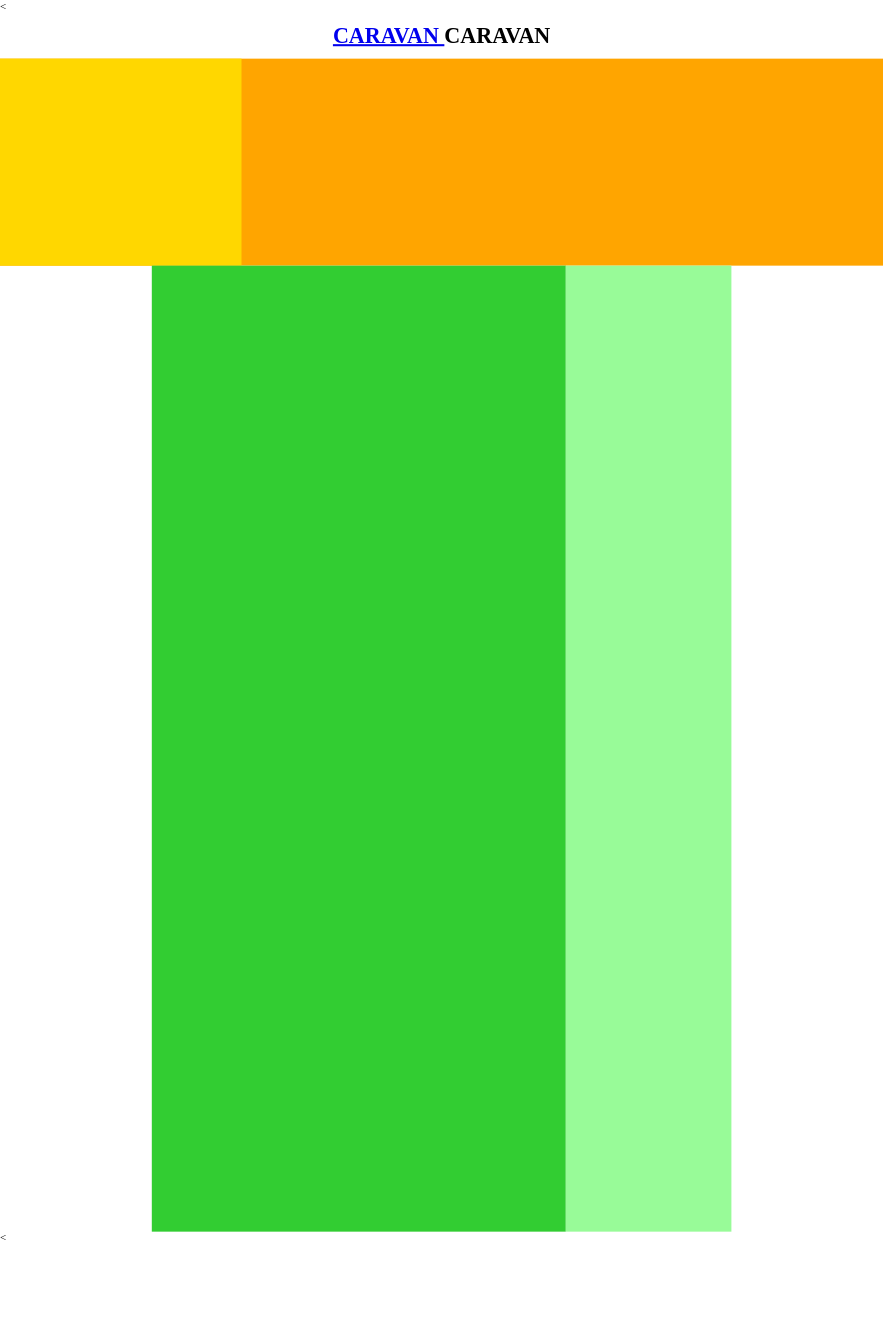
Repository: YabuYoshi/Bookers1
Page: carvan/index.html
The author's editor kept a record of every edit. The page is drawn from the files as they stood at one moment, then again after the next edit.
The browser window is 1280 px wide. The pictures show the whole page, at 69% of full size.

Above is the page before.

After the next edit:
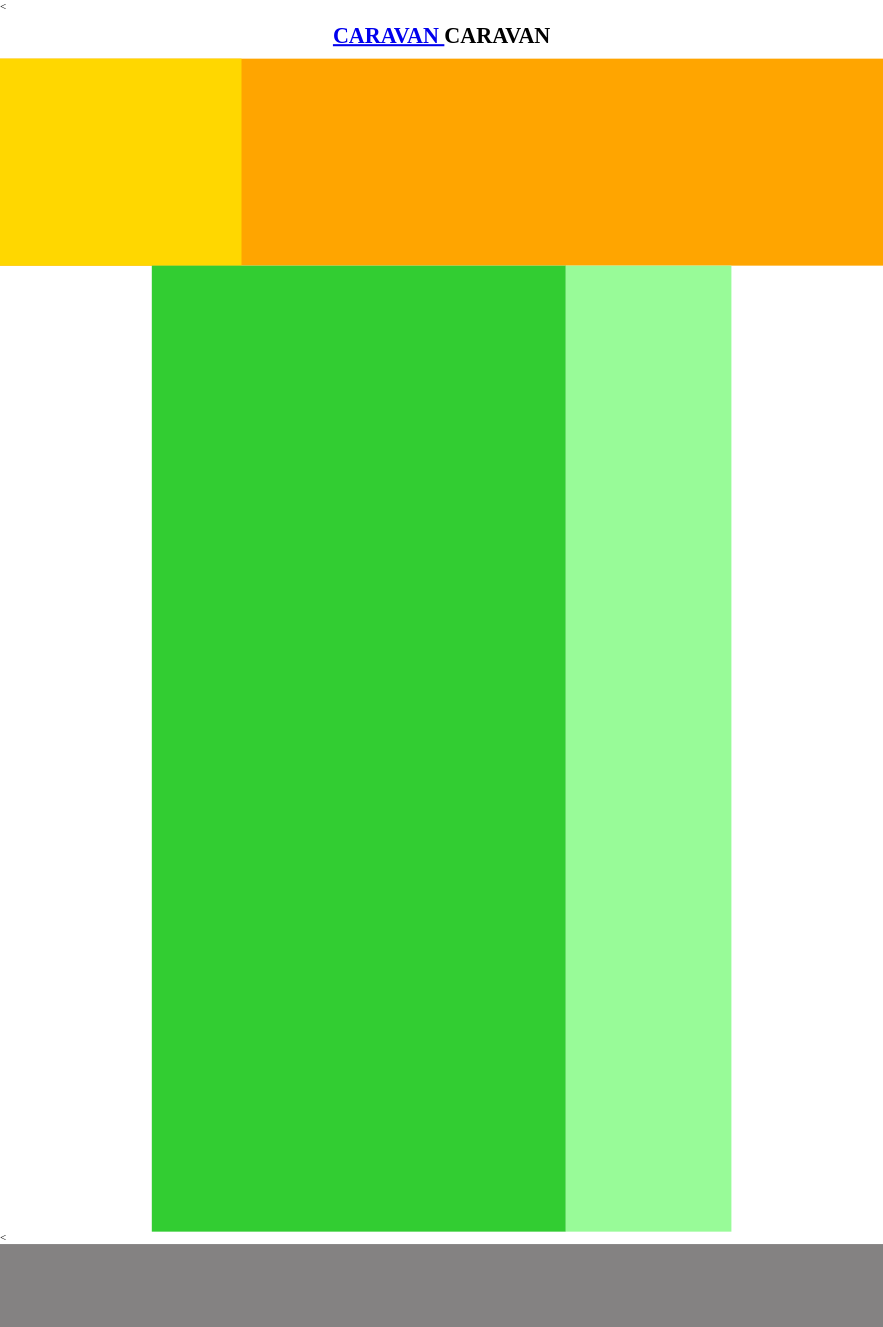
The edit:
--- a/carvan/style.css
+++ b/carvan/style.css
@@ -61,4 +61,11 @@
 footer{
   width: 100%;
   height: 120px;
+  text-align: center;
+  line-height: 120px;
+  background-color: #848282;
 }
+
+.footer-text {
+  color: #fff;
+}
